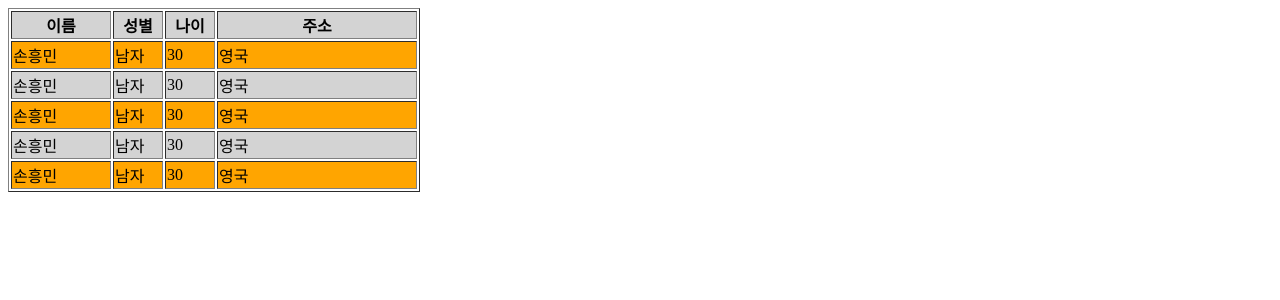
Repository: Junhee1412/front_end_practice
Page: jquery, bootstrap/js01_jquery/public/js06_selector.html
These files come from the project's save history. The page is drawn as it stood at one moment and after the next save; the edit follows.
The browser window is 1280 px wide. The pictures show the whole page.

Above is the page before, as saved 2022-11-14 05:31:57.

After the next save:
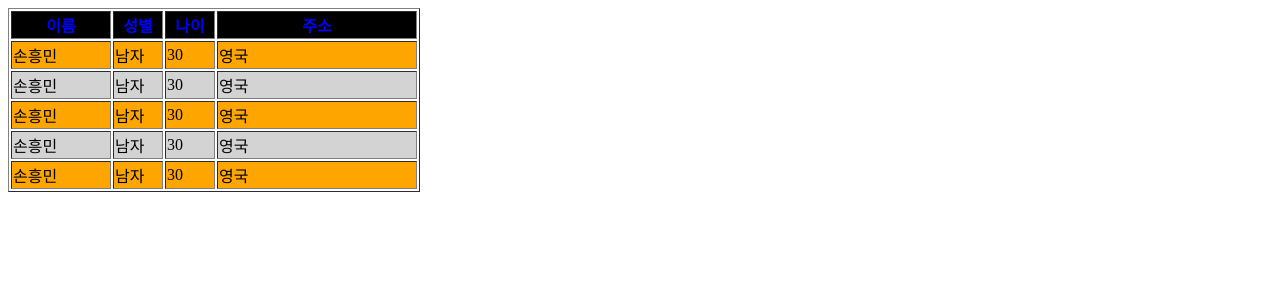
Saved 74 s later.
--- a/jquery, bootstrap/js01_jquery/public/js06_selector.html
+++ b/jquery, bootstrap/js01_jquery/public/js06_selector.html
@@ -11,6 +11,7 @@
 		$(function() {
 			$('tr:odd').css('background', 'orange');
 			$('tr:even').css('background', 'lightgray');
+			$('tr:eq(0)').css('background', 'black').css('color', 'blue');
 		});
 	</script>
 </head>
